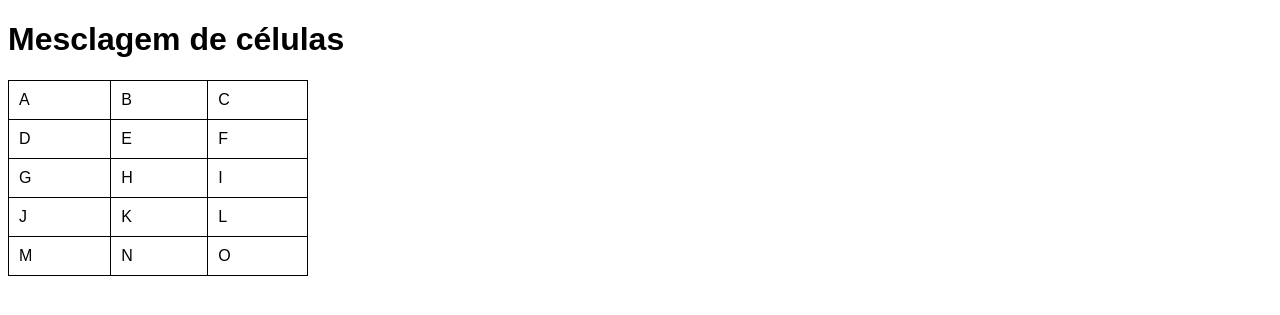
Repository: railsondev/html-css
Page: Módulo3/Exercicios/Ex02 - Tabelas/tabela003.html
An editor plug-in stored every save of this project. The page is shown before and after a run of saves, followed by the edit.
The browser window is 1280 px wide. The pictures show the whole page.

Above is the page before, as saved 2024-10-19 21:01:11.

After the next 4 saves:
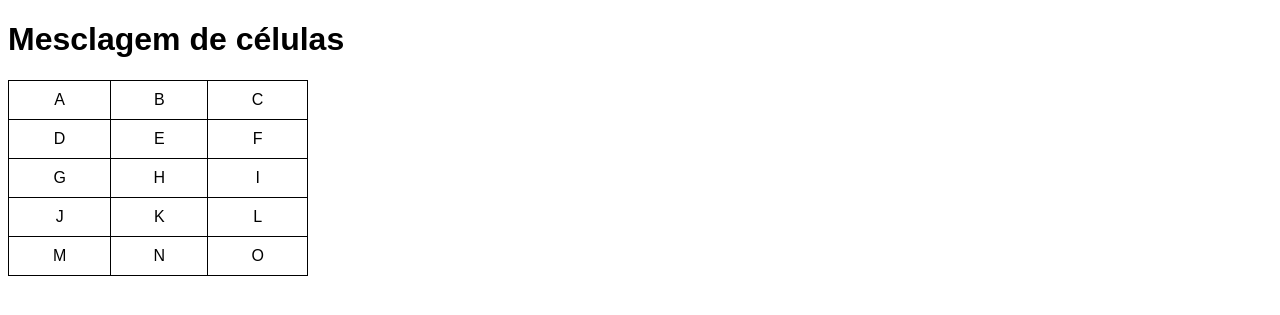
The 4 saves are shown as one change because they came seconds apart.
The last was saved 15 s later.
--- a/Módulo3/Exercicios/Ex02 - Tabelas/src/css/estilo03.css
+++ b/Módulo3/Exercicios/Ex02 - Tabelas/src/css/estilo03.css
@@ -12,5 +12,5 @@ table {
 td {
   border: 1px solid black;
   padding: 10px;
-  position: ;
+  text-align: center;
 }
